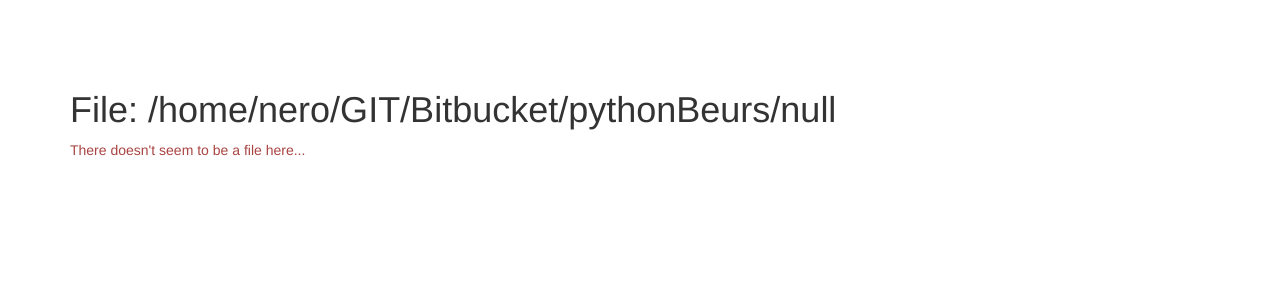
Repository: NeroVanbiervliet/newbeurs-web-terminated
Page: http://localhost/BeursWebApp/support/display_file.jsp
The author's editor kept a copy of each file at every save. The page is drawn from the files as they stood at one save, then again after the next save.
The browser window is 1280 px wide. The pictures show the whole page.
The page is served by Tomcat 9. Other server files are loaded and not shown.

Above is the page before, as saved 2015-10-09 19:39:45.

### BeursWebApp/WebContent/support/display_file.jsp
<%@page import="java.io.InputStream"%>
<%@ include file="../import.jsp" %>
<div class="container ng-scope" ng-view="">
<%
	// NEED deze file beveiligen met paswoord = anti hacker
	String relativeFilePath = request.getParameter("relativeFilePath");
	String filePath = pythonPath + relativeFilePath;
%>
<h1 class="ng-scope">File: <%= filePath %></h1>
<%
	try
	{
		BufferedReader br = new BufferedReader(new FileReader(filePath));
		String line = null;
		while ((line = br.readLine()) != null)
		{
		 	out.write(line);
		 	out.write("<br>");
		}
		br.close();
	}
	catch(Exception e)
	{
		out.write("<div class=\"text-danger\">There doesn't seem to be a file here...</div>");
	}

%>
</div>

### BeursWebApp/WebContent/import.jsp
<%@ page import="java.io.*,java.util.*"%>
<%@ page import="supportClasses.DatabaseInteraction" %>
<%@ page import="supportClasses.QueryResult" %>
<!-- NEED veranderen voor server -->
<% String  pythonPath = "/home/nero/GIT/Bitbucket/pythonBeurs/"; %>
<% //String  pythonPath = "/home/beurs/"; %>
<link rel="stylesheet" href="${pageContext.request.contextPath}/CSS/style.css" />

Loaded but not shown: BeursWebApp/WebContent/CSS/style.css (library)

After the next save:
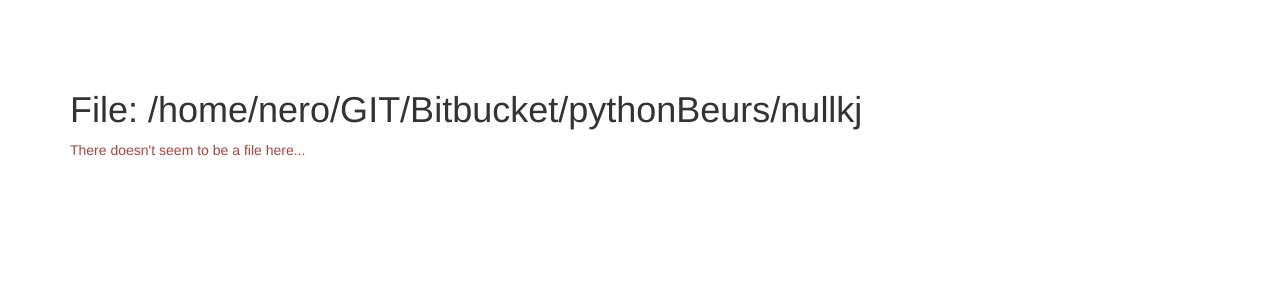
Saved 7 s later.
--- a/BeursWebApp/WebContent/support/display_file.jsp
+++ b/BeursWebApp/WebContent/support/display_file.jsp
@@ -4,7 +4,7 @@
 <%
 	// NEED deze file beveiligen met paswoord = anti hacker
 	String relativeFilePath = request.getParameter("relativeFilePath");
-	String filePath = pythonPath + relativeFilePath;
+	String filePath = pythonPath + relativeFilePath + "kj";
 %>
 <h1 class="ng-scope">File: <%= filePath %></h1>
 <%
